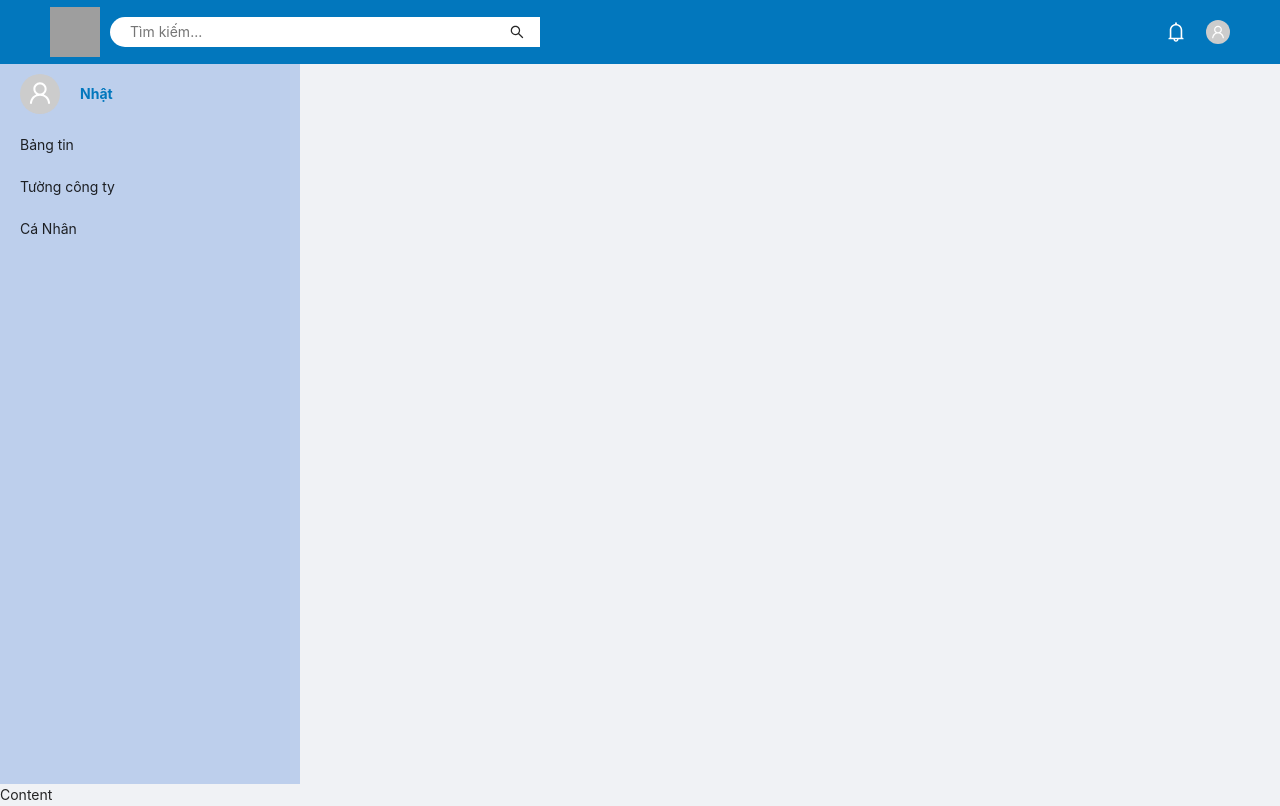
Repository: baonhat27/SocialNetwork_FE
Page: /home
An editor plug-in stored every save of this project. The page is shown before and after the next save, followed by the edit.
The browser window is 1280 px wide. The pictures show the whole page.
Pictures or frames that could not be fetched are drawn as grey boxes. The project was rebuilt for these pictures with package versions that can differ from the ones it lists, and the page was loaded fresh each time. Also part of the build but not shown: src/containers/home/component/HomeComponent.module.css, src/containers/loginPage/component/LoginPageComponent.module.css, src/components/Input/Input.module.css, src/components/Input/Input.js, src/components/Button/Button.module.css, src/components/Button/Button.js, src/containers/loginPage/component/LoginPageComponent.js, src/containers/loginPage/LoginPageContainer.js.

Above is the page before, as saved 2022-03-09 21:54:00.

### public/index.html
<!DOCTYPE html>
<html lang="en">
  <head>
    <meta charset="utf-8" />
    <link rel="icon" href="%PUBLIC_URL%/favicon.ico" />
    <meta name="viewport" content="width=device-width, initial-scale=1" />
    <meta name="theme-color" content="#000000" />
    <meta
      name="description"
      content="Web site created using create-react-app"
    />
    <link rel="apple-touch-icon" href="%PUBLIC_URL%/logo192.png" />
    <!--
      manifest.json provides metadata used when your web app is installed on a
      user's mobile device or desktop. See https://developers.google.com/web/fundamentals/web-app-manifest/
    -->
    <link rel="manifest" href="%PUBLIC_URL%/manifest.json" />
    <!--
      Notice the use of %PUBLIC_URL% in the tags above.
      It will be replaced with the URL of the `public` folder during the build.
      Only files inside the `public` folder can be referenced from the HTML.

      Unlike "/favicon.ico" or "favicon.ico", "%PUBLIC_URL%/favicon.ico" will
      work correctly both with client-side routing and a non-root public URL.
      Learn how to configure a non-root public URL by running `npm run build`.
    -->
    <title>Social network</title>
  </head>
  <body>
    <noscript>You need to enable JavaScript to run this app.</noscript>
    <div id="root"></div>
    <!--
      This HTML file is a template.
      If you open it directly in the browser, you will see an empty page.

      You can add webfonts, meta tags, or analytics to this file.
      The build step will place the bundled scripts into the <body> tag.

      To begin the development, run `npm start` or `yarn start`.
      To create a production bundle, use `npm run build` or `yarn build`.
    -->
  </body>
</html>

### src/index.js
import React from 'react';
import ReactDOM from 'react-dom';
import './index.css';
import App from './App';
import 'antd/dist/antd.min.css'
import reportWebVitals from './reportWebVitals';
import { BrowserRouter } from 'react-router-dom';

ReactDOM.render(
  <React.StrictMode>
    <BrowserRouter>
      <App />
    </BrowserRouter>
  </React.StrictMode>,
  document.getElementById('root')
);

// If you want to start measuring performance in your app, pass a function
// to log results (for example: reportWebVitals(console.log))
// or send to an analytics endpoint. Learn more: https://bit.ly/CRA-vitals
reportWebVitals();

### src/App.js
import { Route,Switch } from 'react-router-dom';
import './App.css';
import HeaderContainer from './containers/header/HeaderContainer';
import HomeContainer from './containers/home/HomeContainer';
import LoginPageContainer from './containers/loginPage/LoginPageContainer';
function App() {
  return (
    <div className="App">
      <Switch>
        <Route path='/login'>
          <LoginPageContainer/>
        </Route>
        <Route path="/home">
            <HeaderContainer/>
            <HomeContainer/>
        </Route>
      </Switch>
    </div>
  );
}

export default App;

### src/containers/header/HeaderContainer.js
import React from 'react';
import HeaderComponent from './component/HeaderComponent';

const HeaderContainer = () => {
    return (
        <HeaderComponent></HeaderComponent>
    );
};

export default HeaderContainer;

### src/containers/home/HomeContainer.js
import HomeComponent from "./component/HomeComponent"
import React from 'react';

const HomeContainer = () => {
    return (
        <div>
            <HomeComponent/>
        </div>
    );
};

export default HomeContainer;

### src/containers/header/component/HeaderComponent.js
import React from 'react';
import { Layout} from "antd";
import { Avatar } from 'antd';
import { UserOutlined, BellOutlined  } from '@ant-design/icons';
import styles from "./header.module.css"
import Search from '../../../components/Search/Search';


const { Header } = Layout;


const HeaderComponent = () => {
    return (
        <Header className={styles.header}>
            <div class={styles.header_left}>
                <img className={styles.img_logo}
                    src='https://images.yourstory.com/cs/images/companies/484073261089321671237850235461832427438080n-1609922812339.png'
                />
                <Search/>
            </div>
            <div class={styles.header_right}>
                <BellOutlined
                    style={{fontSize: '20px', color:'white'}}
                />
                <Avatar size="small" icon={<UserOutlined />} style={{marginLeft: 20,marginRight: 0}} />
            </div>
        </Header>
    );
};

export default HeaderComponent;

### src/containers/home/component/HomeComponent.js
import styles from "./HomeComponent.module.css"
import React from "react";
import { Layout, Avatar } from "antd";
import { UserOutlined } from "@ant-design/icons";
import SiderComponent from "../../sider/component/SiderComponent";

const { Header, Footer, Sider, Content } = Layout;

const HomeComponent = (props) => {
    return (
        <Layout>
            <SiderComponent/>
            <Layout>
                <Content>Content</Content>
            </Layout>
        </Layout>
    );
};

export default HomeComponent;

### src/containers/header/component/header.module.css
.header{
    background-color: #0277bd !important;
    display: flex;
    justify-content: space-between;
    align-items: center;
}
.header_left{
    display: flex;
    align-items: center;
}
.header_right{
    display: flex;
    align-items: center;
}
.search {
    margin-left: 50px;
    width: 400px !important;
}
.img_logo{
    width: 50px;
    height: 50px;
    background-size: cover;
}

### src/components/Search/Search.js
import React from 'react';
import './Search.css'
import { SearchOutlined } from '@ant-design/icons';

const Search = () => {
    return (
    <>
        <input
            placeholder='Tìm kiếm...'
            className='inputSearch'
        />
        <SearchOutlined
            className='iconSearch'
        />

    </>
    );
};

export default Search;

### src/containers/sider/component/SiderComponent.js
import React from 'react';
import styles from './Sider.module.css'
import {  Avatar } from "antd";
import { UserOutlined } from "@ant-design/icons";


const SiderComponent = (props) => {
    return (
        <div className={styles.sider}>
            <div className={`${styles.user_info} ${styles.sider_item}`}>
                    <Avatar size="large" icon={<UserOutlined/>}></Avatar>
                    <div className={styles.user_name}> Nhật</div>
            </div>
            <div className={styles.sider_item}>
                Bảng tin
            </div>
            <div className={styles.sider_item}>Tường công ty</div>
            <div className={styles.sider_item}>Cá Nhân</div>
        </div>
    );
};

export default SiderComponent;

### src/components/Search/Search.css
.inputSearch{
    border: none;
    border-top-left-radius: 20px;
    border-bottom-left-radius: 20px;
    width: 400px;
    height: 30px;
    margin-left: 10px;
    padding-left: 20px;
}
.iconSearch{

    background-color: white;
    height: 30px;
    width: 30px;
    display: flex;
    padding: 8px 0px;
}
.iconSearch:hover{
    cursor: pointer;
}

### src/containers/sider/component/Sider.module.css
.sider{
    background-color: #bdcfec !important;
    height: 100vh;
    display: flex;
    width: 300px;
    display: flex;
    flex-direction: column;
}
.sider_item{
    margin: 10px 0px 10px 20px;
}
.user_info{
    display: flex;
}
.user_name{
    margin-left: 20px;
    color: #0277bd;
    font-weight: 700;
    display: flex;
    align-items: center;
}

Loaded but not shown: src/index.css (common file); src/reportWebVitals.js (common file); src/App.css (no stored copy; drawn as an empty file)

After the next save:
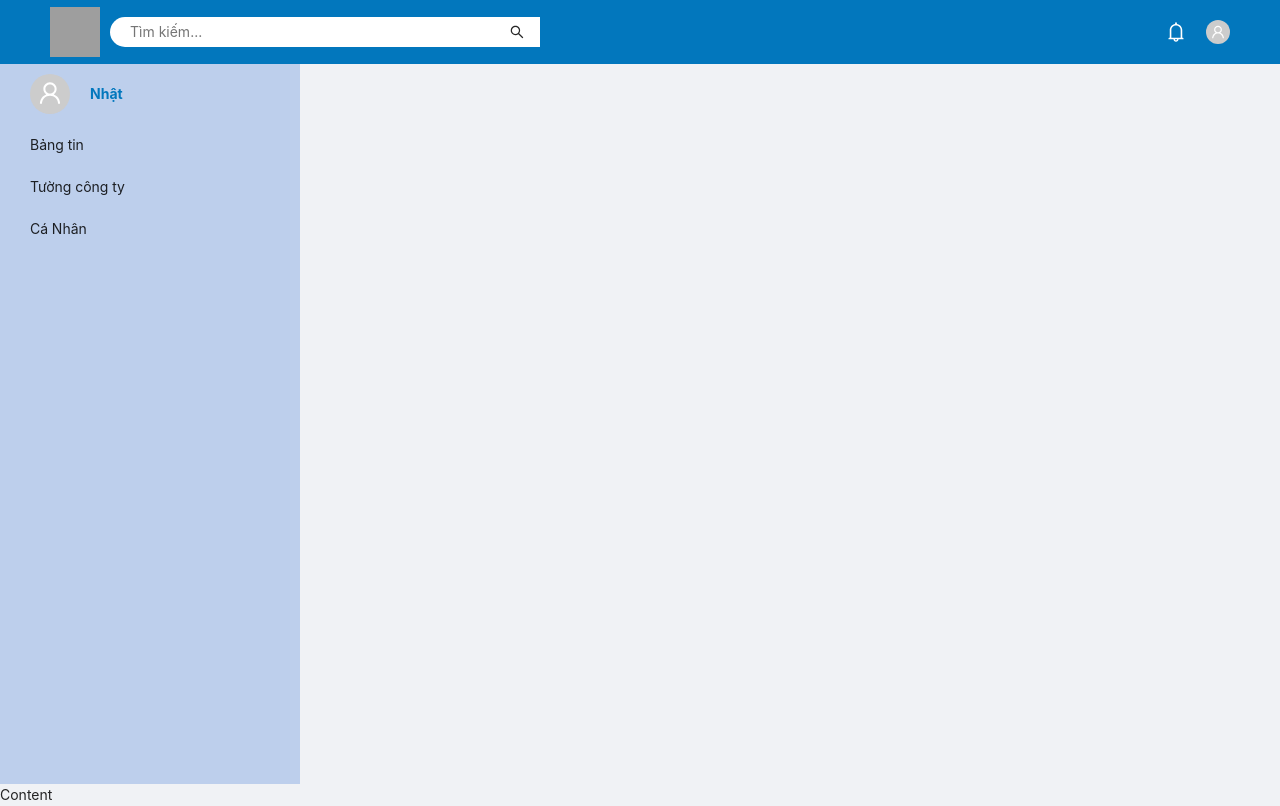
Saved 5 s later.
--- a/src/containers/sider/component/Sider.module.css
+++ b/src/containers/sider/component/Sider.module.css
@@ -7,7 +7,7 @@
     flex-direction: column;
 }
 .sider_item{
-    margin: 10px 0px 10px 20px;
+    margin: 10px 0px 10px 30px;
 }
 .user_info{
     display: flex;
